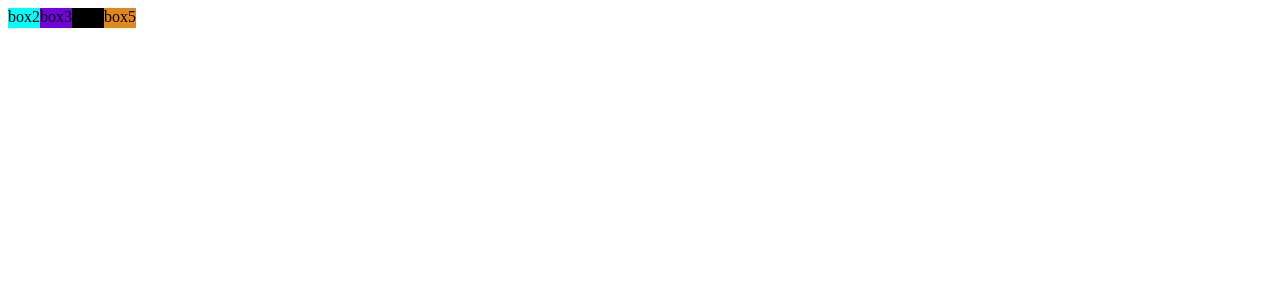
Repository: ABDUSALIMSUBAHIELBASHI/full-html-css-js
Page: Desktop/coding/css/indexday2.html
These files come from the project's save history. The page is drawn as it stood at one moment and after the next save; the edit follows.
The browser window is 1280 px wide. The pictures show the whole page.

Above is the page before, as saved 2025-09-16 10:30:58.

After the next save:
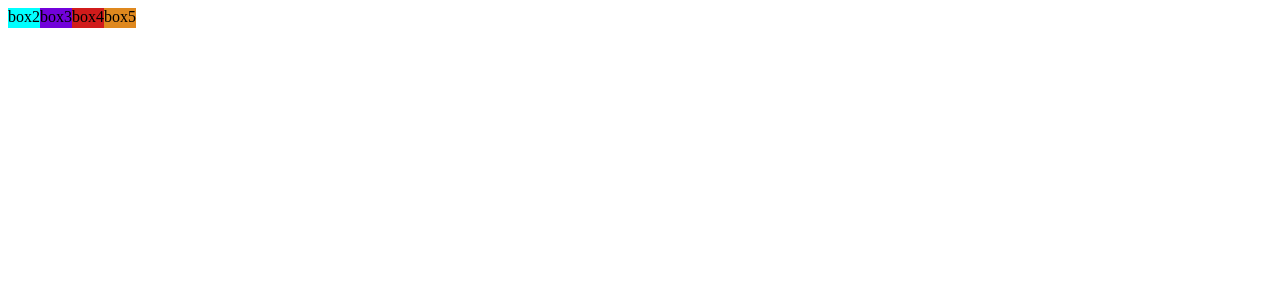
Saved 32 s later.
--- a/Desktop/coding/css/indexday2.css
+++ b/Desktop/coding/css/indexday2.css
@@ -14,7 +14,7 @@
     background-color: rgb(114, 2, 219);
 }
 .box4{
-    background-color: #000000;
+    background-color: #d11b1b;
 }
 .box5{
     background-color: rgb(223, 136, 30);
